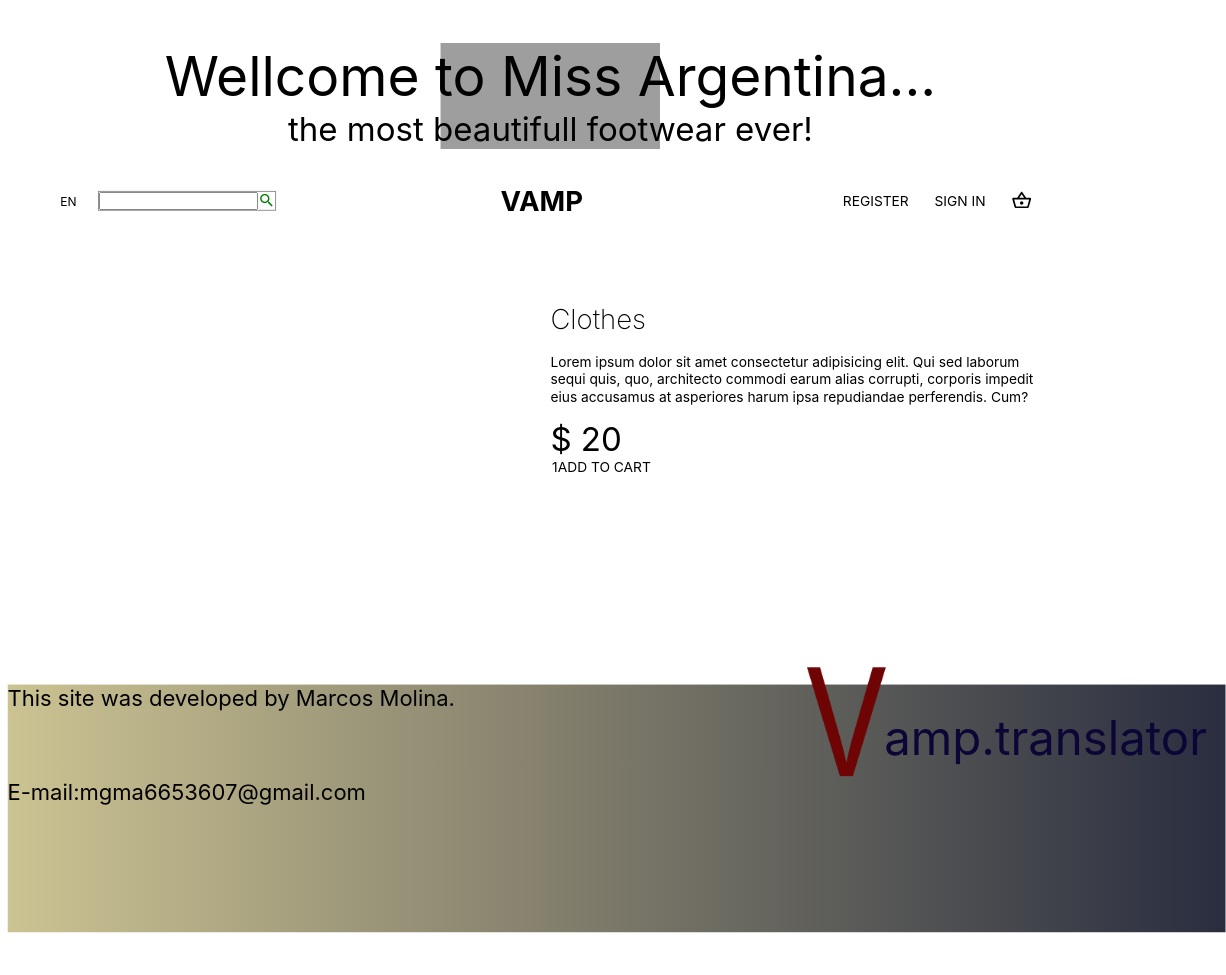
Repository: mgma2005/ecoeli
Page: /
These files come from the project's save history. The page is drawn as it stood at one moment and after the next save; the edit follows.
The browser window is 1280 px wide. The page is 1425 px wide, so the pictures cover 1425 px, including what lies to the right of the window. The pictures show the whole page, at 86% of full size.
Pictures or frames that could not be fetched are drawn as grey boxes. The project was rebuilt for these pictures with package versions that can differ from the ones it lists, and the page was loaded fresh each time. Also part of the build but not shown: src/App.css.

Above is the page before, as saved 2022-05-14 17:43:24.

After the next save:
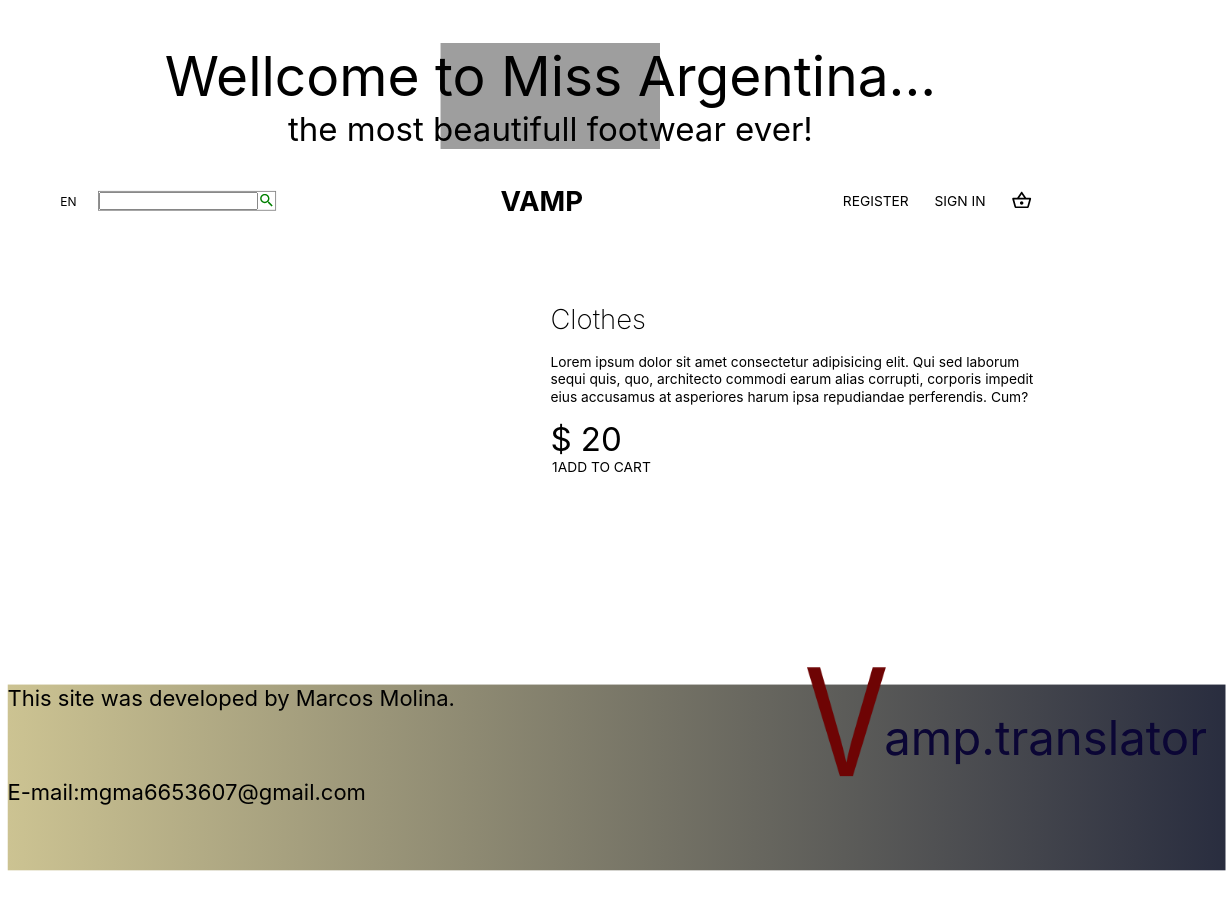
Saved 41 s later.
--- a/src/style.css
+++ b/src/style.css
@@ -1,7 +1,7 @@
 .cont2{
     margin-left: -3.5%;
     width: 120%;
-    height: 40vh;
+    height: 30vh;
     background: linear-gradient(to right, rgb(204, 195, 146),rgb(41, 45, 63));
 
 }
